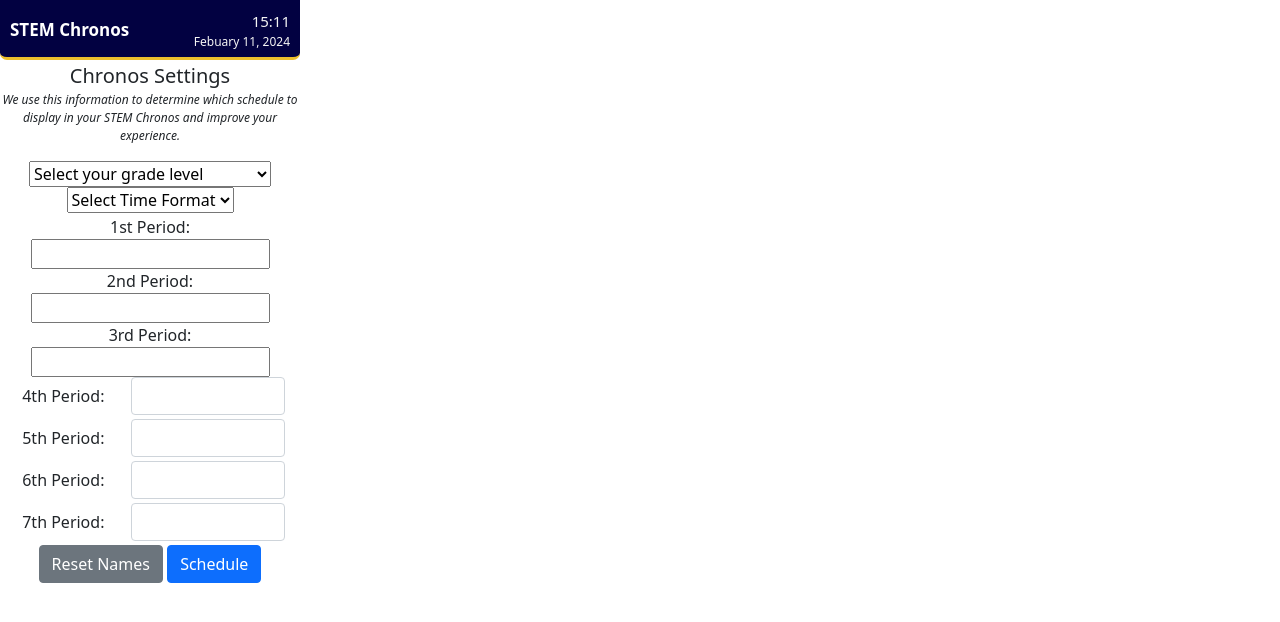
Repository: EvanHughes-dev/StemChronos
Page: StemChronos2.0/Settings/Settings.html
These files come from the project's save history. The page is drawn as it stood at one moment and after the next save; the edit follows.
The browser window is 1280 px wide. The pictures show the whole page.

Above is the page before, as saved 2024-04-23 15:38:18.
Console error: TypeError: Cannot read properties of null (reading 'addEventListener')

After the next save:
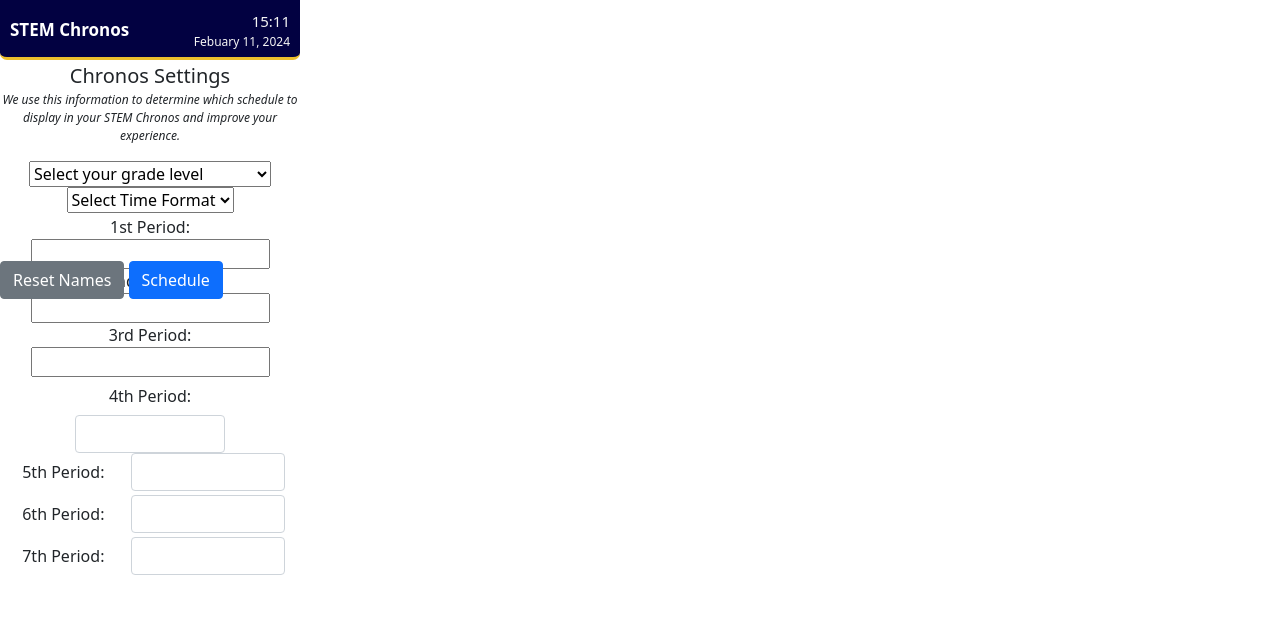
Saved 5 s later.
--- a/StemChronos2.0/Settings/Settings.html
+++ b/StemChronos2.0/Settings/Settings.html
@@ -66,7 +66,7 @@
                     <label for="Third">3rd Period:</label>
                     <input name="Third" type="text" id="ThirdVal" />
                 </div>
-                <div class="row g-2 mb-1">
+                <div></div>
                     <label class="col-sm-4 col-form-label mx-3" for="Fourth">4th Period:</label>
                     <input class="col-sm-10 form-control w-50 col-auto" name="Fourth" type="text" id="FourthVal" />
                 </div>
